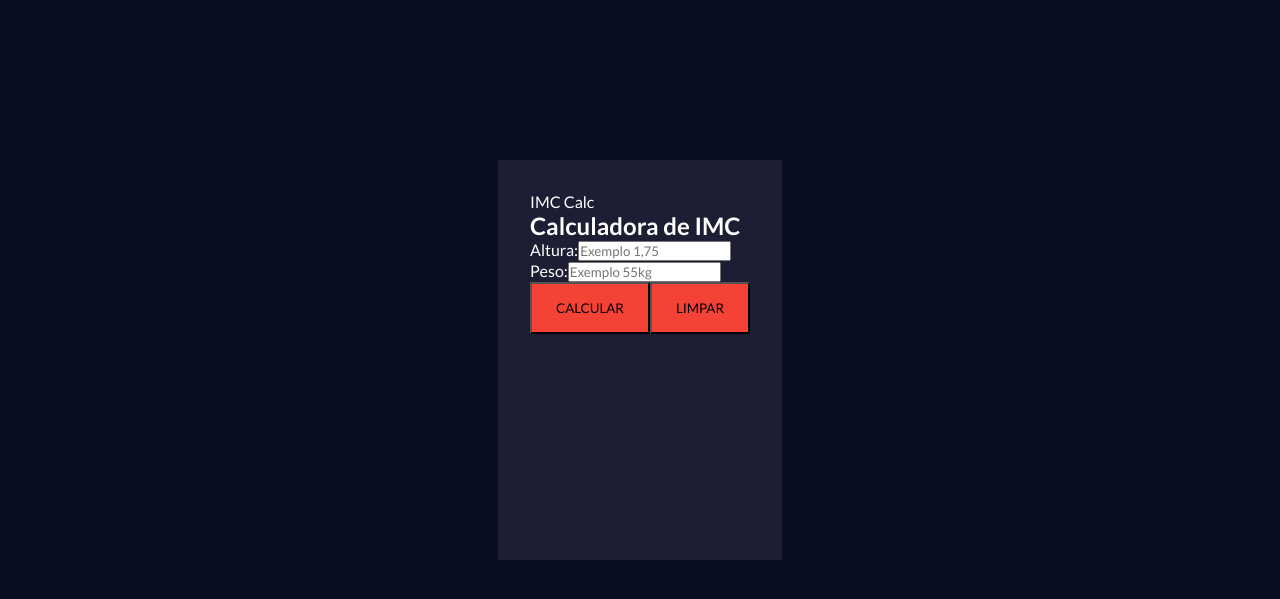
Repository: Bitroia/imc-calc-react
Page: / (app in imc/imc-calc/)
An editor plug-in stored every save of this project. The page is shown before and after a run of saves, followed by the edit.
The browser window is 1280 px wide. The pictures show the whole page.
The project was rebuilt for these pictures with package versions that can differ from the ones it lists, and the page was loaded fresh each time. Also part of the build but not shown: imc/imc-calc/vite.config.js.

Above is the page before, as saved 2026-05-26 18:43:51.

### imc/imc-calc/index.html
<!doctype html>
<html lang="en">
  <head>
    <meta charset="UTF-8" />
    <link rel="icon" type="image/svg+xml" href="/favicon.svg" />
    <meta name="viewport" content="width=device-width, initial-scale=1.0" />
    <link rel="preconnect" href="https://fonts.googleapis.com" />
    <link rel="preconnect" href="https://fonts.gstatic.com" crossorigin />
    <link
      href="https://fonts.googleapis.com/css2?family=Lato:ital,wght@0,100;0,300;0,400;0,700;0,900;1,100;1,300;1,400;1,700;1,900&family=Montserrat:ital,wght@0,100..900;1,100..900&family=Roboto:ital,wght@0,100..900;1,100..900&display=swap"
      rel="stylesheet"
    />
    <title>imc-calc</title>
  </head>
  <body>
    <div id="root"></div>
    <script type="module" src="/src/main.jsx"></script>
  </body>
</html>

### imc/imc-calc/src/index.css
*{
  margin: 0;
  padding: 0;
  box-sizing: border-box;
  font-family: "Lato", sans-serif
}

body{
  background-color: #090e22;
  display: flex;
  justify-content: center;
  align-items: center;
  min-height: 100vh;
  color: #fff;
}

### imc/imc-calc/src/App.jsx
import { useState } from "react";
import ImcCalc from "./components/ImcCalc";
import "./App.css";

function App() {
  return (
    <div className="container">
      <p>IMC Calc</p>
      <ImcCalc/>
    </div>
  );
}

export default App;

### imc/imc-calc/src/components/ImcCalc.jsx
import React from "react";
import Button from "./Button";

const ImcCalc = () => {
  return (
    <div id="calc-container">
      <h2>Calculadora de IMC</h2>
      <form id="imc-form">
        <div className="form-inputs">
          <div className="form-control">
            <label htmlFor="height">Altura:</label>
            <input
              type="text"
              name="height"
              id="height"
              placeholder="Exemplo 1,75"
            />
          </div>
          <div className="form-control">
            <label htmlFor="weight">Peso:</label>
            <input
              type="text"
              name="weight"
              id="weight"
              placeholder="Exemplo 55kg"
            />
          </div>
        </div>
        <div className="action-control">
            <Button id="calc-btn" text="Calcular"/>
            <Button id="clear-btn" text="Limpar"/>
        </div>
      </form>
    </div>
  );
};

export default ImcCalc;

### imc/imc-calc/src/App.css
.container{
    min-height: 400px;
    min-height: 400px;
    background-color: #1d1e33;
    padding: 2rem;
}

### imc/imc-calc/src/components/Button.jsx
import "./Button.css";
import React from "react";

const Button = ({id, text}) => {
  return <button id={id}>{text}</button>;
};

export default Button;

### imc/imc-calc/src/components/Button.css
button{
    text-transform: uppercase;
    padding: 1rem 1.5rem;
    background-color: #f44236;
    border: ;
}

Loaded but not shown: imc/imc-calc/src/main.jsx (common file)

After the next 3 saves:
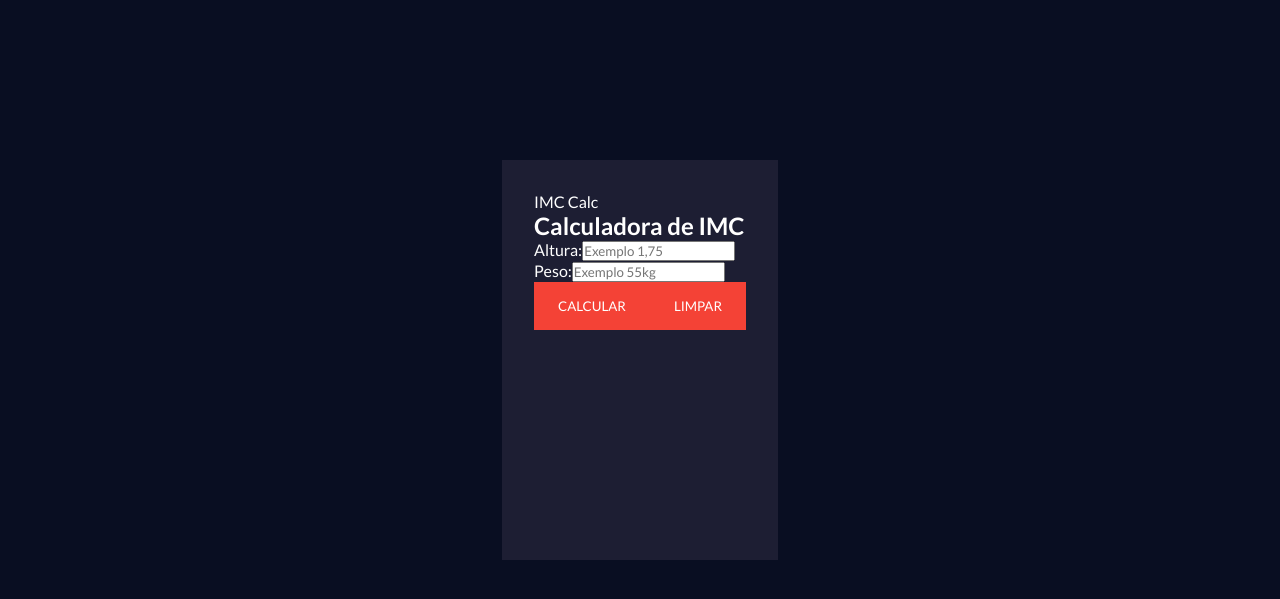
The 3 saves are shown as one change because they came seconds apart.
The last was saved 8 s later.
--- a/imc/imc-calc/src/components/Button.css
+++ b/imc/imc-calc/src/components/Button.css
@@ -2,5 +2,7 @@ button{
     text-transform: uppercase;
     padding: 1rem 1.5rem;
     background-color: #f44236;
-    border: ;
+    border: none;
+    color: #fff;
+    cur
 }
